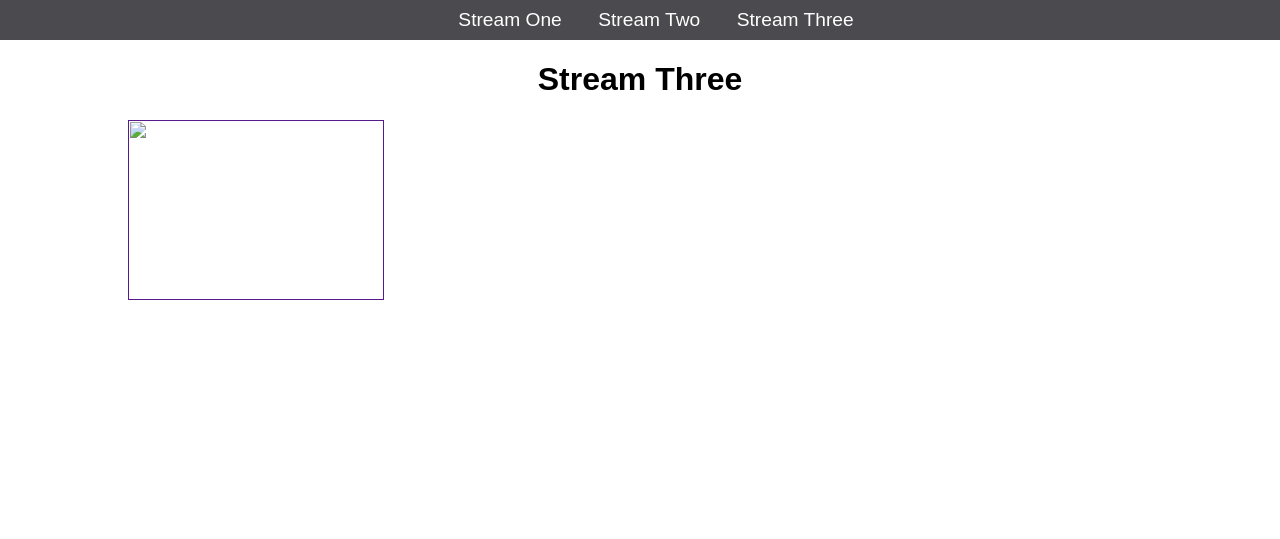
Repository: Rajjabbal/my-first-website
Page: stream-three.html
The author's editor kept a record of every edit. The page is drawn from the files as they stood at one moment, then again after the next edit.
The browser window is 1280 px wide. The pictures show the whole page.

Above is the page before.

### stream-three.html
<html>
    <head>
        <title>
            Hello World
        </title>
        <link rel="stylesheet" href="CSS/style.css" type="text/css" />
    </head>
    <body>
        <nav>
            <ul>
                <li><a href="stream-one.html">Stream One</a></li>
                <li><a href="stream-two.html">Stream Two</a></li>
                <li><a href="stream-three.html">Stream Three</a></li>
            </ul>
        </nav>
        <h1>Stream Three</h1>

     <div class="card">
        <a href="">
            <img src="">
            <h2></h2>
        </a>
    </div>
    </body>
</html>

### CSS/style.css
body {
    margin: 0;
    padding: 0;
    font-family: 'Oswald', sans-serif;
}

nav ul {
    list-style: none;
    background-color: #4a4a4f;
    text-align: center;
    margin: 0;
    padding: 0;
}

nav li {
    font-size: 1.2em;
    line-height: 40px;
    height: 40px;
    display: inline-block;
    margin-left: 2.5%;
}

nav a {
    text-decoration: none;
    color: #ffffff;
    display: block;
}

nav a:hover {
    background-color: #ffffff;
    color: #4a4a4f;
}

.card {
    float: left;
    width: 20%;
    margin-left: 10%;

}

.card a{
    text-align: center;

}

img {
    width: 100%;
    height: 180px

}

h1 {
    text-align: center;

}

After the next edit:
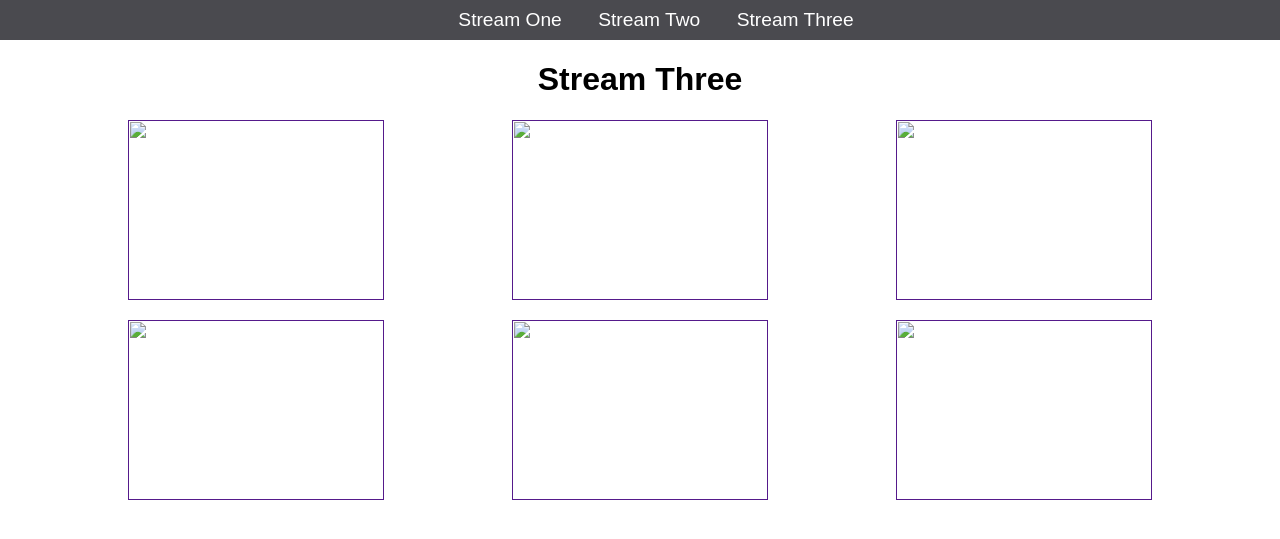
The edit:
--- a/stream-three.html
+++ b/stream-three.html
@@ -21,5 +21,40 @@
             <h2></h2>
         </a>
     </div>
+
+     <div class="card">
+        <a href="">
+            <img src="">
+            <h2></h2>
+        </a>
+    </div>
+
+     <div class="card">
+        <a href="">
+            <img src="">
+            <h2></h2>
+        </a>
+    </div>
+
+     <div class="card">
+        <a href="">
+            <img src="">
+            <h2></h2>
+        </a>
+    </div>
+
+     <div class="card">
+        <a href="">
+            <img src="">
+            <h2></h2>
+        </a>
+    </div>
+
+     <div class="card">
+        <a href="">
+            <img src="">
+            <h2></h2>
+        </a>
+    </div>
     </body>
 </html>
